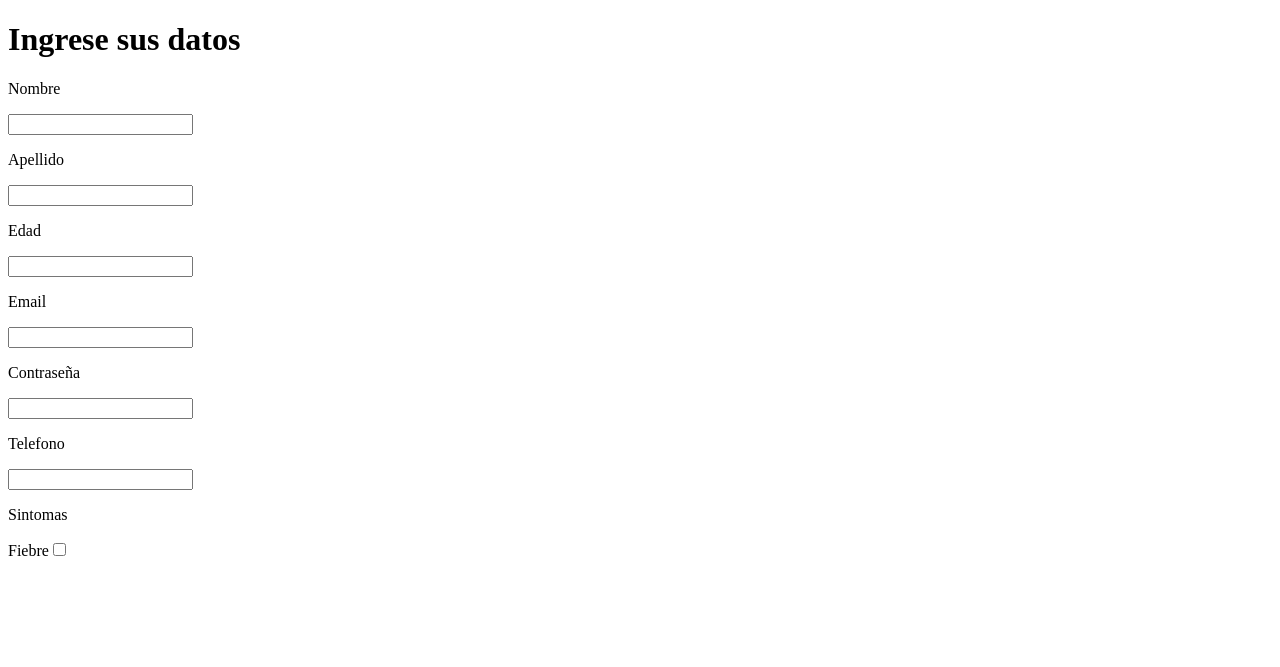
Repository: fran2708/LPPA
Page: Project 2 - Covid registration/index.html
The author's editor kept a copy of each file at every save. The page is drawn from the files as they stood at one save, then again after the next save.
The browser window is 1280 px wide. The pictures show the whole page.

Above is the page before, as saved 2022-04-19 20:52:01.

### Project 2 - Covid registration/index.html
<!DOCTYPE html>
<html lang="en">
<head>
    <meta charset="UTF-8">
    <meta http-equiv="X-UA-Compatible" content="IE=edge">
    <meta name="viewport" content="width=device-width, initial-scale=1.0">
    <title>Formulario Covid</title>
</head>
<body>
    <h1>Ingrese sus datos</h1>
    <form>
        <p>Nombre</p>
        <input type="text" name="nombre">
        <p>Apellido</p>
        <input type="text" name="apellido">
        <p>Edad</p>
        <input type="text" name="edad">
        <p>Email</p>
        <input type="text" name="email">
        <p>Contraseña</p>
        <input type="text" name="password">
        <p>Telefono</p>
        <input type="text" name="telefono">
        <p>Sintomas</p>
        <p>Fiebre<input type="checkbox" name="fiebre"></p>
    </form>
</body>
</html>

After the next save:
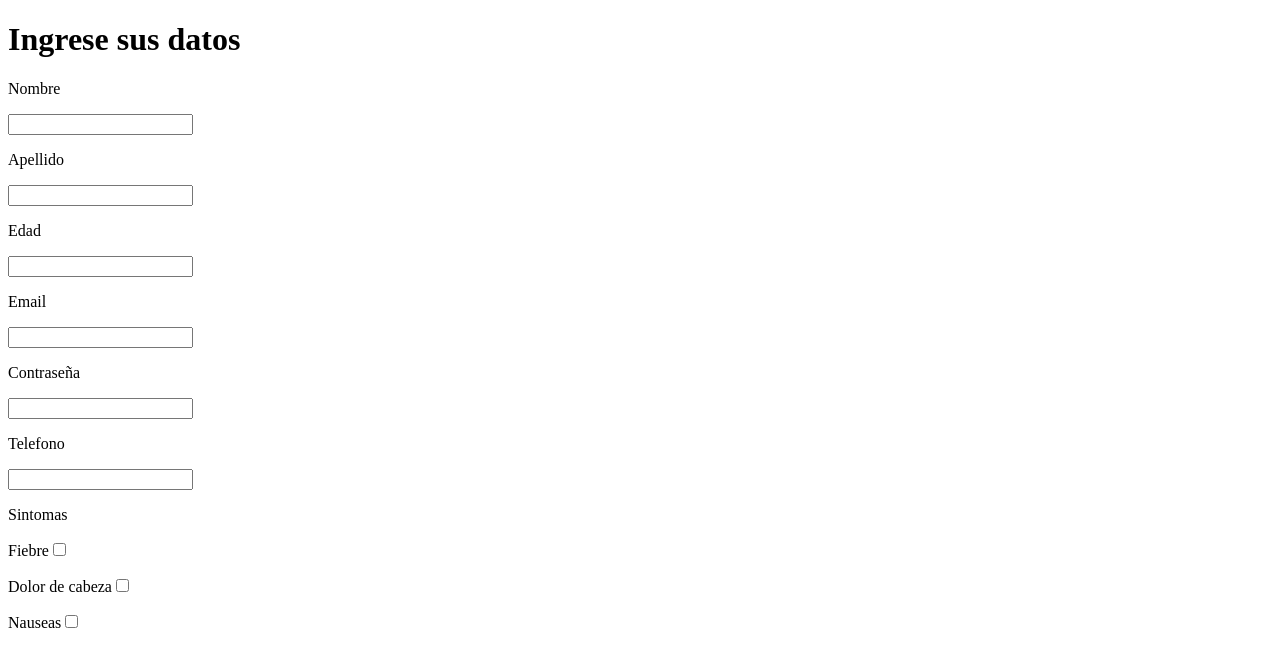
Saved 98 s later.
--- a/Project 2 - Covid registration/index.html
+++ b/Project 2 - Covid registration/index.html
@@ -23,6 +23,8 @@
         <input type="text" name="telefono">
         <p>Sintomas</p>
         <p>Fiebre<input type="checkbox" name="fiebre"></p>
+        <p>Dolor de cabeza<input type="checkbox" name="dolorCabeza"></p>
+        <p>Nauseas<input type="checkbox" name="nauseas"></p>
     </form>
 </body>
 </html>
